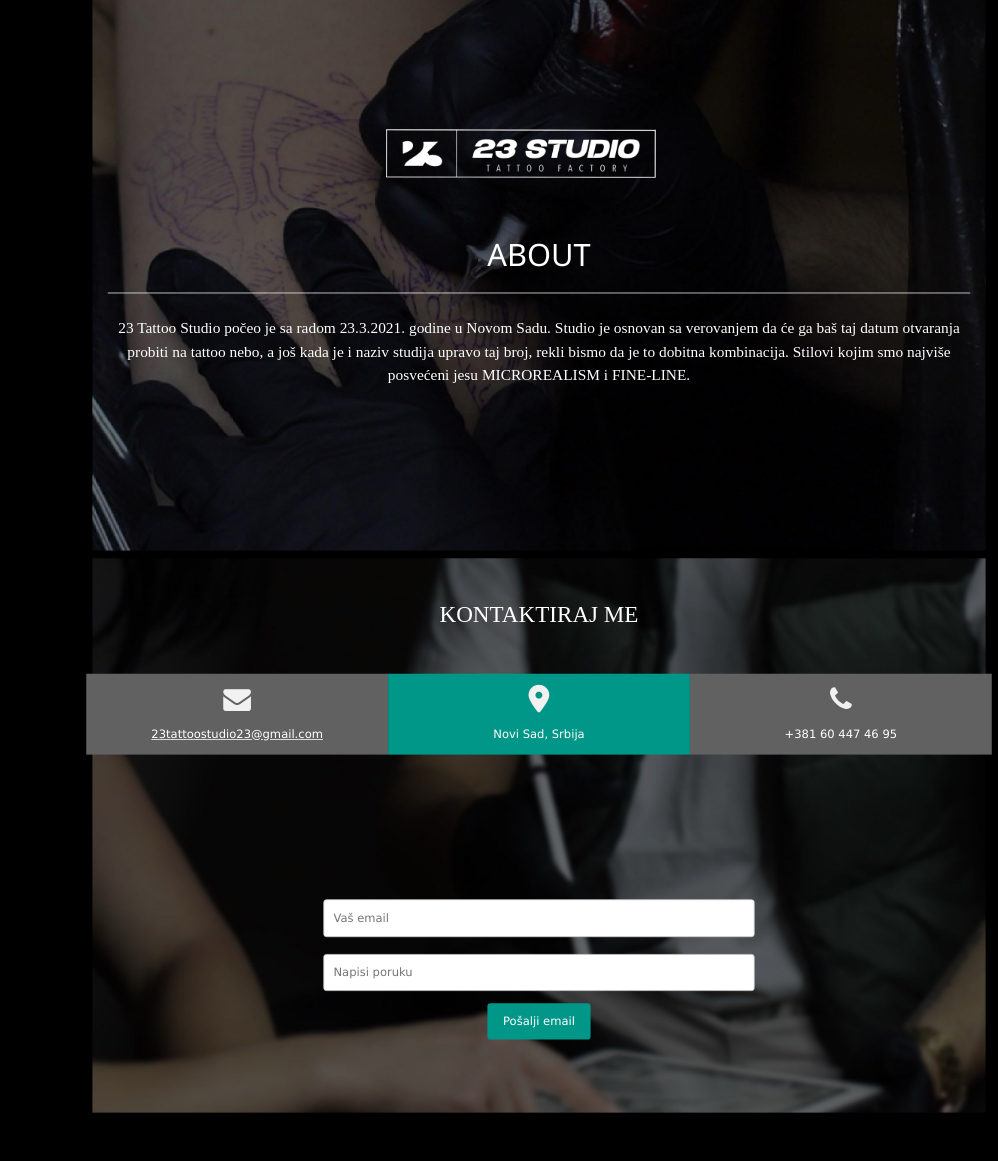
Repository: ReljaStefanovicGitHub/23tattoo
Page: index.html
An editor plug-in stored every save of this project. The page is shown before and after the next save, followed by the edit.
The browser window is 1280 px wide. The page is 1296 px wide, so the pictures cover 1296 px, including what lies to the right of the window. The pictures show the whole page, at 77% of full size.
Some web fonts or font styles are not loaded; a fallback is used.

Above is the page before, as saved 2024-08-09 20:05:55.
Console error: ReferenceError: emailjs is not defined

### index.html
<!DOCTYPE html>
<html>
<title>23 Tattoo Studio</title>
<meta charset="UTF-8">
<meta name="viewport" content="width=device-width, initial-scale=1">
<link rel="icon" type="image/x-icon" href="/icons/favicon.ico">
<link href="https://fonts.cdnfonts.com/css/din-alternate" rel="stylesheet">
<link rel="stylesheet" href="https://cdnjs.cloudflare.com/ajax/libs/font-awesome/6.5.2/css/all.min.css">
<meta charset="UTF-8">
<link rel="apple-touch-icon" href="/icons/apple-touch-icon.png">
<link rel="stylesheet" href="https://www.w3schools.com/w3css/4/w3.css">
<link rel="stylesheet" href="https://fonts.googleapis.com/css?family=Montserrat">
<link rel="stylesheet" href="/css/gallery.css">
<link rel="stylesheet" href="/css/qa.css">
<link rel="stylesheet" href="/css/style.css">
<link rel="stylesheet" href="https://www.w3schools.com/w3css/4/w3.css">
<link rel="stylesheet" href="https://fonts.googleapis.com/css?family=Montserrat">
<link rel="stylesheet" href="https://cdnjs.cloudflare.com/ajax/libs/font-awesome/4.7.0/css/font-awesome.min.css">
<script type="text/javascript" src="https://cdn.emailjs.com/dist/email.min.js"></script>
<script type="text/javascript" src="email.js"></script>
<script type="text/javascript" src="https://unpkg.com/sweetalert/dist/sweetalert.min.js"></script>
</head>
<body class="w3-black" style="margin: 0; padding: 0;">
<!-- Page Content -->
<div id="main">
  <header id="home">
    <div class="w3-top w3-center" id="myNavbar" style="position: absolute; text-decoration: none; font-family: sans-serif; margin-right: 10px;">
      <div class="w3-bar w3-center myNav" style="padding-top: 20px; font-family: 'din alternate';">
        <a href="#main" class="w3-bar-item" style="width:20%; ">POČETNA</a>
        <a href="#about" class="w3-bar-item" style="width:20%;">O MENI</a>
        <a href="gallery.html" class="w3-bar-item" style="width:20%;">GALERIJA</a>
        <a href="qa.html" class="w3-bar-item" style="width:20%;">Q&A</a>
        <a href="#contact" class="w3-bar-item" style="width:20%;">KONTAKT</a>
      </div>
    </div>
    <div class="foreground-image">
      <img src="/icons/Untitled_Artwork (1).png">
      <div class="paragraphs-container">
        <p class="p1">SNAGA BROJA 23 JE UJEDNO <br>I SNAGA VAŠE LOJALNOSTI</p>
        <div class="line"></div>
        <p class="p2">POSTANI DEO 23 ZAJEDNICE</p>
      </div>
    </div>
  </header>

  <!-- About Section -->
  <div class="about-page" id="about">
    <div class="content-about">
        <img src="/icons/Untitled_Artwork (1).png" alt="Tattoo Studio Logo">
        <div class="text-content">
            <h2>ABOUT</h2>
            <hr>
            <p>
                23 Tattoo Studio počeo je sa radom
                23.3.2021. godine u Novom Sadu.
                Studio je osnovan sa verovanjem da će ga baš taj datum otvaranja probiti na tattoo nebo, a još kada je i naziv studija upravo taj broj, rekli bismo da je to dobitna kombinacija.
                Stilovi kojim smo najviše posvećeni
                jesu MICROREALISM i FINE-LINE.
            </p>
        </div>
    </div>
</div>

  <div class="contact" id="contact">
    <h2 style="padding: 1px 20px; padding-top: 50px; margin-bottom: 30px ;">KONTAKTIRAJ ME</h2>
    <div class="w3-row-padding w3-center w3-padding-24" style="margin:0 -16px;">
      <div class="w3-third w3-dark-grey">
        <p><i class="fa fa-envelope w3-xxlarge w3-text-light-grey"></i></p>
        <p><a href="mailto:23tattoostudio23@gmail.com">23tattoostudio23@gmail.com</a></p>
      </div>
      <div class="w3-third w3-teal">
        <p><i class="fa-solid fa-location-dot w3-xxlarge w3-text-light-grey"></i></p>
        <p>Novi Sad, Srbija</p>
      </div>
      <div class="w3-third w3-dark-grey">
        <p><i class="fa fa-phone w3-xxlarge w3-text-light-grey"></i></p>
        <p>+381 60 447 46 95</p>
      </div>
    </div>
    <div class="container">
      <input type="email" id="email" placeholder="Vaš email" required>
      <label for="text"></label>
      <input type="text" placeholder="Napisi poruku" id="message" required>
      <button id="sendEmailButton" onclick="sendEmail()" >Pošalji email</button>
    </div>
  </div>
</div>

</body>
</html>

### css/gallery.css
.gallery {
    column-count: 4; /* Number of columns */
    column-gap: 10px; /* Gap between columns */
}

.gallery a {
    break-inside: avoid;
    margin-bottom: 10px;
    display: block;
}

.gallery img, .gallery iframe {
    width: 100%;
    border-radius: 10px;
    display: block;
}

/* Media query for mobile view */
@media (max-width: 600px) {
    .gallery {
        column-count: 2; /* Number of columns for mobile */
    }
}

body, h1,h2,h3,h4,h5,h6 {font-family: "Montserrat", sans-serif}
.w3-row-padding img {margin-bottom: 12px}
.w3-sidebar {width: 120px;background: #222222;}
#main {margin-left: 120px}
@media only screen and (max-width: 600px) {#main {margin-left: 0}}


.filter-button button{
    cursor: pointer;
    display: inline-block;
    margin-top: 50px;
    color: black;
    text-decoration: none;
    background-color: white;
    border-radius: 20px;
    text-align: right;
    margin-bottom: 20px;
    opacity: 0;
    cursor: default;
}

.w3-main{
    margin-left: 20px;
}
.gallery-content{
    position: relative;
}
.gallery-content .back .back-h1, .back a{
    display: inline-block;
    margin-top: 30px;
    position: absolute;
}
.gallery-content .back .back-h1{
    margin-left: 30px;
    margin-top: 0;
    padding: 0;
}

### css/qa.css
body {
    display: flex;
    padding-left: 200px;
    align-items: center;
    height: 100vh;
    margin: 0;
    left: 20%;
    font-family: 'din alternate';
}
.contentt-qa{
    position: relative;
}
.navigation {
    position: absolute;
    left: 50%;
    top: 80%;
    transform: translateY(-80%,-50%);
    margin-left: -40px;
}
.arrow {
    cursor: pointer;
    font-size: 24px;
    margin: 0 10px;
    color: white;
}
.content {
    display: none;
    text-align: center;
    max-width: 400px;
    color: white;
}
.content.visible {
    display: block;
}
.qa-h1{
    position: absolute;
    top: 16%;
    font-family: 'din alternate';
    font-size: 60px;
    color: white;
}


.qa-hr{
    color: white;
    width: 110px;
    position: absolute;
    top: 30%
}
.back-arrow{
    color: white;
    position: absolute;
    top: 0;
    left: 0;
    margin: 20px;
    padding: 20px;
}
.container-1{
    background-image: url(https://live.staticflickr.com/65535/53745977998_ec86bf4db4.jpg);
    background-position: center;
    background-repeat: no-repeat;
    background-size: 100%;
    width: 100%;
    height: 100vh;
    color: white;
    font-family: 'din alternate';
}
.qa-question{
    position: absolute;
    top: 50%;
    left: 50%;
    transform: translate(-50%, -50%);
    align-items: center;
    display: flex;
    flex-direction: column;
    text-align: center;
    width: 80%;
    font-size: 18px;
}
.qa-question p{
    padding-top: 50px;
    position: inherit;
    text-align: center;
    width: 500px;
    margin-left: -50px;
}
@media screen and (max-width:760px) {
    body {
        display: flex;
        padding-left: 200px;
        align-items: center;
        height: 90vh;
        margin: 0;
        left: 20%;
    }
    .navigation {
        position: absolute;
        left: 50%;
        top: 75%;
        transform: translateY(-50%, -50%);
        margin-top: 100px;
    }
    .arrow {
        cursor: pointer;
        font-size: 24px;
        margin: 0 10px;
        color: white;
    }
    .content {
        display: none;
        text-align: center;
        width: 400px;
        color: white;
        position: absolute;
        top: 50%;
        left: 50%;
        transform: translate(-50%, -50%);
    }
    .content.visible {
        display: block;
    }
    .qa-h1{
        position: absolute;
        top: 5%;
        left: 35%;
        font-family: 'din alternate';
        font-size: 60px;
        color: white;
    }
    .qa-hr{
        color: white;
        width: 110px;
        position: absolute;
        top: 15%;
        left: 35%;
    }
    .back-arrow{
        color: white;
        position: absolute;
        top: 0;
        left: 0;
        margin: 20px;
        padding: 20px;
    }
    .container-1{
        background-image: url(https://live.staticflickr.com/65535/53745977998_ec86bf4db4.jpg);
        background-position: center;
        background-repeat: no-repeat;
        background-size: 100%;
        width: 100%;
        height: 100vh;
        color: white;
        font-family: 'din alternate';
    }
    .qa-question{
        position: absolute;
        top: 40%;
        left: 50%;
        transform: translate(-50%, -50%);
        align-items: center;
        display: flex;
        flex-direction: column;
        text-align: center;
        font-size: 14px;
        margin-top: -50px;
    }
    .qa-question p{
        padding-top: 50px;
        position: inherit;
        text-align: center;
        width: 300px;
        margin-left: -50px;
        font-size: 14px;
        display: flex;
        flex-direction: column;
        align-items: center;
        justify-content: center;
        padding: 20px;
        margin-left: 50px;
    }
}

### css/style.css

.row {
    display: flex;
    flex-wrap: wrap;
    padding: 0 4px;
  }

  /* Create four equal columns that sits next to each other */
  .column {
    flex: 25%;
    max-width: 25%;
    padding: 0 4px;
  }

  .column img {
    margin-top: 8px;
    vertical-align: middle;
    width: 100%;
  }

  /* Responsive layout - makes a two column-layout instead of four columns */
  @media screen and (max-width: 800px) {
    .column {
      flex: 50%;
      max-width: 50%;
    }
  }

  /* Responsive layout - makes the two columns stack on top of each other instead of next to each other */
  @media screen and (max-width: 600px) {
    .column {
      flex: 100%;
      max-width: 100%;
    }
    .container input[type=email], select, textarea {
      width: 100%; /* Full width */
      padding: 12px; /* Some padding */
      border: 1px solid #ccc; /* Gray border */
      border-radius: 4px; /* Rounded borders */
      box-sizing: border-box; /* Make sure that padding and width stays in place */
      margin-top: 6px; /* Add a top margin */
      margin-bottom: 16px; /* Bottom margin */
      resize: vertical; /* Allow the user to vertically resize the textarea (not horizontally) */
      width: 80%;
    }
    .container input[type=text]{
      width: 100%; /* Full width */
      padding: 12px; /* Some padding */
      border: 1px solid #ccc; /* Gray border */
      border-radius: 4px; /* Rounded borders */
      box-sizing: border-box; /* Make sure that padding and width stays in place */
      margin-top: 6px; /* Add a top margin */
      margin-bottom: 16px; /* Bottom margin */
      resize: vertical ;
      width: 80%;/* Allow the user to vertically resize the textarea (not horizontally) */
    }
    .container {
      border-radius: 5px;
      background-color: transparent;
      padding: 20px;
      width: 100%;
      display: flex;
      flex-direction: column;
      align-items: center;
      justify-content: center;
      height: 70vh;
    }
  }

body, h1,h2,h3,h4,h5,h6 {font-family: "Montserrat", sans-serif}


input[type=email], select, textarea {
  width: 100%; /* Full width */
  padding: 12px; /* Some padding */
  border: 1px solid #ccc; /* Gray border */
  border-radius: 4px; /* Rounded borders */
  box-sizing: border-box; /* Make sure that padding and width stays in place */
  margin-top: 6px; /* Add a top margin */
  margin-bottom: 16px; /* Bottom margin */
  resize: vertical; /* Allow the user to vertically resize the textarea (not horizontally) */
  width: 50%;
}
input[type=text]{
  width: 100%; /* Full width */
  padding: 12px; /* Some padding */
  border: 1px solid #ccc; /* Gray border */
  border-radius: 4px; /* Rounded borders */
  box-sizing: border-box; /* Make sure that padding and width stays in place */
  margin-top: 6px; /* Add a top margin */
  margin-bottom: 16px; /* Bottom margin */
  resize: vertical ;
  width: 50%;/* Allow the user to vertically resize the textarea (not horizontally) */
}


/* Style the submit button with a specific background color etc */
#sendEmailButton {
  background-color: #009688;
  color: white;
  padding: 12px 20px;
  border: none;
  border-radius: 4px;
  cursor: pointer;
}

/* Add a background color and some padding around the form */
.container {
  border-radius: 5px;
  background-color: transparent;
  padding: 20px;
  width: 100%;
  display: flex;
  flex-direction: column;
  align-items: center;
  justify-content: center;
  height: 70vh;
}
#home{
  position: relative;
}
.foreground-image {
  position: absolute;
  top: 50%;
  left: 50%;
  transform: translate(-50%, -50%);
  text-align: center;
  margin-top: 100px;
}

.foreground-image img {
  display: block;
  top: 45%;
  max-width: 120%;
  height: auto;
  margin-bottom: 50px;
  margin-top: -150px;
}

.paragraphs-container {
  display: flex;
  width: 100%;
  justify-content: space-around;
  align-items: center;
  text-align: center; /* Center text within the paragraphs */
  margin-top: -300px;
}

.paragraphs-container p {
  width: 40%; /* Adjust width as needed */
  margin-top: -350px;
  margin: 0;
}
.paragraphs-container .p1 {
  width: 40%; /* Adjust width as needed */
  font-size: 15px;
  margin: 0;
  margin-top: -20px;
  margin-right: -100px;
}
.paragraphs-container .p2 {
  width: 40%; /* Adjust width as needed */
  font-size: 15px;
  margin: 0;
  margin-top: -20px;
  margin-left: -100px;
}

.paragraphs-container .line {
  width: 2px; /* Adjust the thickness as needed */
  height: 70px; /* Adjust the height as needed */
  background-color: white; /* Adjust the color as needed */;
  margin: 0;
  padding: 0;
  margin-top: -10px;
  margin-bottom: 20px;
}
#home {
  background-image: url(https://live.staticflickr.com/65535/53743973920_8f7ebe2529.jpg);
  width: 100%;
  height: 100vh;
  background-size: cover;
  position: relative;
  display: flex;
  flex-direction: column;
  justify-content: center;
  align-items: center;
}
.about-div{
  margin: 10px;
}
.par p{
  font-size: 10px;
  text-align: center;
  align-items: center;
  width: 400px;
  margin-top: 20px;
  position: absolute;
  left: 50%;
  transform: translate(-50%, -50%);
}
.barcode img{
  width: 300px;
  position: absolute;
  margin-top: 330px;
}


@media screen and (max-width: 760px) {
  #home {
    background-image: url(https://live.staticflickr.com/65535/53743973920_8f7ebe2529.jpg);
    width: 100%;
    height: 90vh;
    background-size: cover;
    background-position: center;
    position: relative;
  }
  .foreground-image {
    position: absolute;
    top: 50%;
    left: 50%;
    transform: translate(-50%, -50%);
    text-align: center;
    display: flex;
    flex-direction: column;
    align-items: center;
  }

  .foreground-image img {
    display: block;
    top: 55%;
    max-width: 200%;
    height: auto;
    margin-top: -310px;
    position: relative; /* Reduced space between image and line */
    margin-bottom: -80px;
  }

  .paragraphs-container {
    display: flex;
    width: 100%;
    justify-content: space-around;
    align-items: center;
    text-align: center; /* Center text within the paragraphs */
    margin-top: -90px;
  }

  .paragraphs-container p {
    width: 100%; /* Adjust width as needed */
    margin-top: -400px;
    margin: 0;
  }
  .paragraphs-container .p1 {
    width: 60%; /* Adjust width as needed */
    font-size: 10px;
    margin: 0;
    margin-right: -80px;
    margin-bottom: -150px;
  }
  .paragraphs-container .p2 {
    width: 60%; /* Adjust width as needed */
    font-size: 10px;
    margin: 0;
    margin-left: 130px;
    margin-bottom: -150px;
  }

  .paragraphs-container .line {
    width: 2px; /* Adjust the thickness as needed */
    height: 70px; /* Adjust the height as needed */
    background-color: white; /* Adjust the color as needed */;
    margin: 0;
    padding: 0;
    padding-bottom: 40px;
    position: absolute;
    margin-bottom: -150px;
  }
  .par p{
    font-size: 8px;
    text-align: center;
    width: 400px;
    margin-top: 200px;
    position: absolute;
    left: 50%;
    transform: translate(-50%, -50%);
  }
}

@media screen and (min-width: 1200px) {
  #home {
    background-image: url(https://live.staticflickr.com/65535/53743973920_8f7ebe2529.jpg);
    width: 100%;
    height: 100vh;
    background-size: cover;
    background-position: center;
    position: relative;
  }
  .foreground-image {
    position: absolute;
    top: 30%;
    left: 50%;
    transform: translate(-50%, -50%);
    text-align: center;
    display: flex;
    flex-direction: column;
    align-items: center;
  }

  .foreground-image img {
    display: block;
    max-width: 100%;
    height: auto;
    position: relative;
    padding-bottom: 0;
  }
  .paragraphs-container .p1 {
    width: 60%; /* Adjust width as needed */
    font-size: 20px;
    margin: 0;
    margin-right: 400px;
    margin-bottom: 10px;
  }
  .paragraphs-container .p2 {
    width: 60%; /* Adjust width as needed */
    font-size: 20px;
    margin: 0;
    position: absolute;
    left: 50%;
    margin-left:  200px;
    transform: translate(-50%, -50%);
    margin-bottom: 0px;
    margin-top: 10px;
  }

  .paragraphs-container .line {
    width: 2px; /* Adjust the thickness as needed */
    height: 100px; /* Adjust the height as needed */
    background-color: white; /* Adjust the color as needed */;
    margin: 0;
    padding: 0;
    margin-top: 70px;
    position: absolute;
    left: 50%;
    transform: translate(-50%, -50%);
  }
  .barcode img{
    width: 300px;
    position: absolute;
    top: 80%;
    left: 50%;
    transform: translate(-50%, -50%);
  }
  .par p{
    font-size: 9px;
    text-align: center;
    width: 400px;
    position: absolute;
    left: 50%;
    top: 125%;
    transform: translate(-50%, -50%);
  }
  .myNav a{
    letter-spacing: 0px;
    font-weight: 500;

  }
}
/* General Reset and Styling */
body, html {
  margin: 0;
  padding: 0;
  box-sizing: border-box;
  font-family: Arial, sans-serif;
}

/* Container for the About Section */
.about-page {
  display: flex;
  justify-content: center;
  align-items: center;
  height: 100vh;
  padding: 20px;
  background-image: url(/icons/about.png);
  background-position: center;
  background-size: cover;
  font-family: 'din alternate';
  background-repeat: no-repeat;
}

.content-about {
  display: flex;
  justify-content: center;
  align-items: center;
  flex-wrap: wrap;
  flex-direction: column;
  max-width: 1200px;
  width: 100%;
  margin-top: 140px;
  text-align: center;
}

/* Image Styling */
.content-about img {
  flex: 1;
  max-width: 500px;
  width: 100%;
  align-items: start;
  margin-top: -400px;
  height: auto;
  margin-right: 50px;
}

/* Text Content Styling */
.content-about h2 {
  margin: 0;
  padding: 0;
  font-size: 40px;
  padding-top: -150px;
  padding-bottom: 50px;
  margin-bottom: -50px;
}

.content-about p {
  margin: 10px 0 0 0;
  font-size: 20px;
}

.text-content {
  flex: 1;
  display: flex;
  margin-top: -150px;
  flex-direction: column;
  justify-content: center;
}

/* Responsive Design */
@media (max-width: 768px) {
  .content-about {
      flex-direction: column;
      text-align: center;
  }

  .content-about img {
      margin: -200px 0 20px 0;
  }
  .content-about h2{
     font-size: 30px;
     margin: 50px 0 20px 0;
     padding: 0;
     text-align: center;
     font-weight: 500;
     letter-spacing: 0px;
     font-family: 'din alternate';
  }
  .content-about p{
    font-size: 13px;
    padding-top: 10px;
  }
}


.contact{
  background-image: url(/icons/tattoo-contact.jpg);
  padding-top: 0;
  margin-top: 0;
  background-position: center;
  background-size: cover;
  background-repeat: no-repeat;
  position: relative;
  height: 100vh;
}
.contact h2{
  text-align: center;
  margin-top: 10px;
  margin-bottom: -10px;
  font-family: 'din alternate';
}
.contact hr{
  position: absolute;
  left: 50%;
  transform: translate(-50%);
  margin-bottom: 30px;
}
@media screen and (max-width: 760px) {
  .contact{
    background-image: url(/icons/tattoo-contact.jpg);
    background-position: center;
    background-size: cover;
    background-repeat: no-repeat;
    position: relative;
    display: flex;
    flex-direction: column;
  }
  .contact h2{
    text-align: center;
    margin-bottom: -10px;
  }
  .contact hr{
    position: absolute;
    left: 50%;
    transform: translate(-50%);
    margin-bottom: 30px;
  }
}


main {
  padding: 20px;
}

#products {
  display: flex;
  flex-wrap: wrap;
  gap: 20px;
}

.product {
  border: 1px solid #ccc;
  padding: 10px;
  width: calc(25% - 20px);
  box-sizing: border-box;
  margin-top: 100px;
}

.add-to-cart {
  background-color: #28a745;
  color: white;
  border: none;
  padding: 5px 10px;
  cursor: pointer;
}

.cart {
  position: fixed;
  top: 0;
  right: -100%;
  width: 300px;
  height: 100%;
  background-color: white;
  box-shadow: -2px 0 5px rgba(0,0,0,0.5);
  transition: right 0.3s ease;
  padding: 20px;
  box-sizing: border-box;
  z-index: 1000;
}

.cart.open {
  right: 0;
}

.cart h2 {
  margin-top: 0;
}

.cart ul {
  list-style: none;
  padding: 0;
}

.cart ul li {
  padding: 5px 0;
}

#checkout {
  background-color: #007bff;
  color: white;
  border: none;
  padding: 10px 20px;
  cursor: pointer;
}

.cart-overlay {
  position: fixed;
  top: 0;
  left: 0;
  width: 100%;
  height: 100%;
  background-color: rgba(0,0,0,0.5);
  display: none;
  z-index: 500;
}

.cart-overlay.open {
  display: block;
}

.close-cart {
  background: none;
  border: none;
  font-size: 1.5em;
  cursor: pointer;
  position: absolute;
  top: 10px;
  right: 10px;
}

### email.js
(function(){
    emailjs.init("RbJnchpjuGU3LF_3h"); // Replace with your actual User ID
 })();

 function sendEmail() {
     const email = document.getElementById('email').value;
     const message = document.getElementById('message').value;
     const templateParams = {
         from_email: email,
         to_email: '23tattostudio23@gmail.com',
         message: message,
     };

     emailjs.send('service_ka403lu', 'template_ny20fd9', templateParams) // Replace with your actual Service ID and Template ID
         .then(function(response) {
            swal({
                title: "Hvala na kontaktiranju!",
                text: "Email je uspešno poslat",
                icon: "success",
                button: "Nastavi",
            });
         }, function(error) {
            swal({
                title: "Greška!",
                text: "Greška pri slanju email-a",
                icon: "error",
                button: "Pokušaj opet",
            });
         });
 }

After the next save:
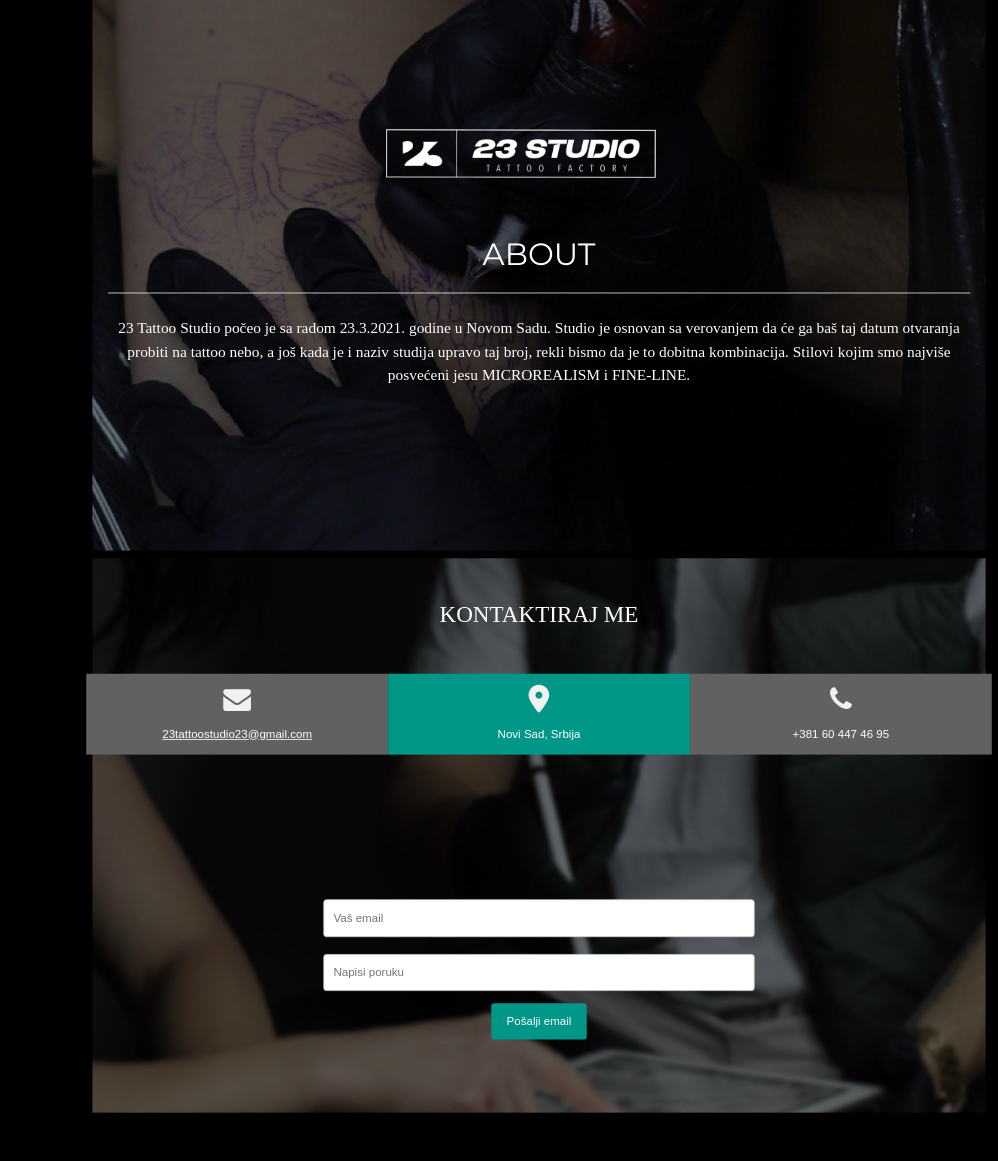
Saved 5 s later.
--- a/index.html
+++ b/index.html
@@ -13,7 +13,6 @@
 <link rel="stylesheet" href="/css/gallery.css">
 <link rel="stylesheet" href="/css/qa.css">
 <link rel="stylesheet" href="/css/style.css">
-<link rel="stylesheet" href="https://www.w3schools.com/w3css/4/w3.css">
 <link rel="stylesheet" href="https://fonts.googleapis.com/css?family=Montserrat">
 <link rel="stylesheet" href="https://cdnjs.cloudflare.com/ajax/libs/font-awesome/4.7.0/css/font-awesome.min.css">
 <script type="text/javascript" src="https://cdn.emailjs.com/dist/email.min.js"></script>
